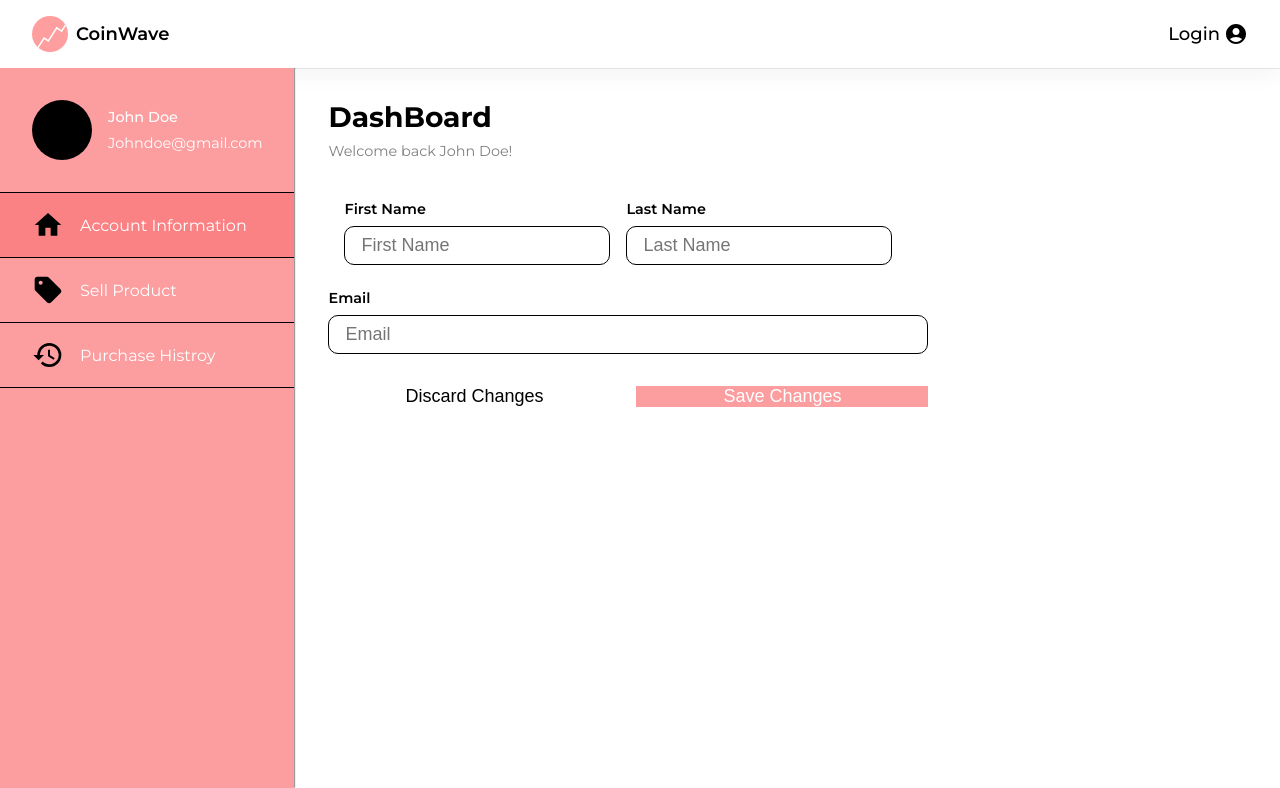
Repository: David-Waite/CoinWave
Page: /account
These files come from the project's save history. The page is drawn as it stood at one moment and after the next save; the edit follows.
The browser window is 1280 px wide. The pictures show the whole page.
The project was rebuilt for these pictures with package versions that can differ from the ones it lists, and the page was loaded fresh each time. The framework's server and built-in components were replaced by stand-ins that run in the browser. Also part of the build but not shown: next.config.js, app/components/account/SellProduct/SellProduct.js, app/components/account/PurchaseHistory/PurchaseHistory.js.

Above is the page before, as saved 2023-08-16 11:23:53.

After the next save:
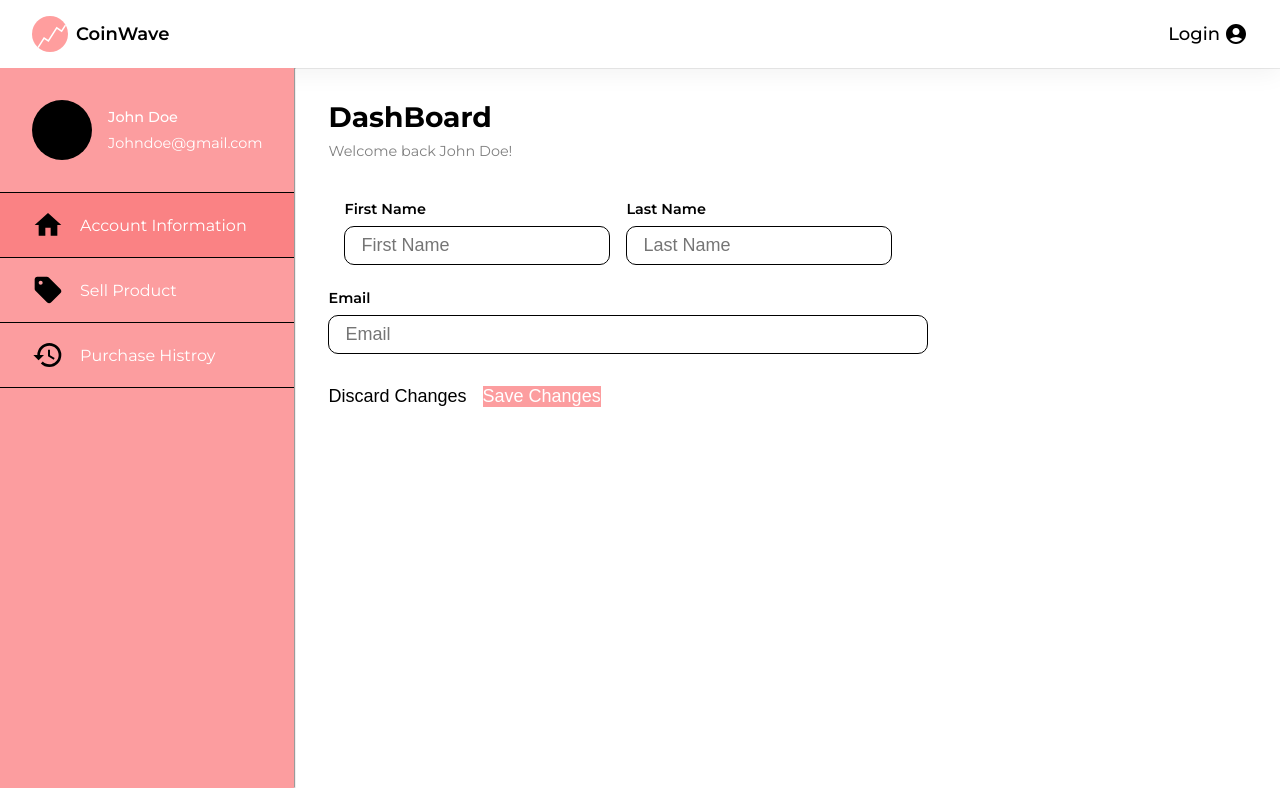
Saved 14 s later.
--- a/app/components/account/AccountInfomation/accountInformation.module.css
+++ b/app/components/account/AccountInfomation/accountInformation.module.css
@@ -50,9 +50,7 @@
 .saveChanges {
   cursor: pointer;
   border: none;
-
   font-size: 18px;
-  width: 100%;
 }
 
 .discardChanges {
